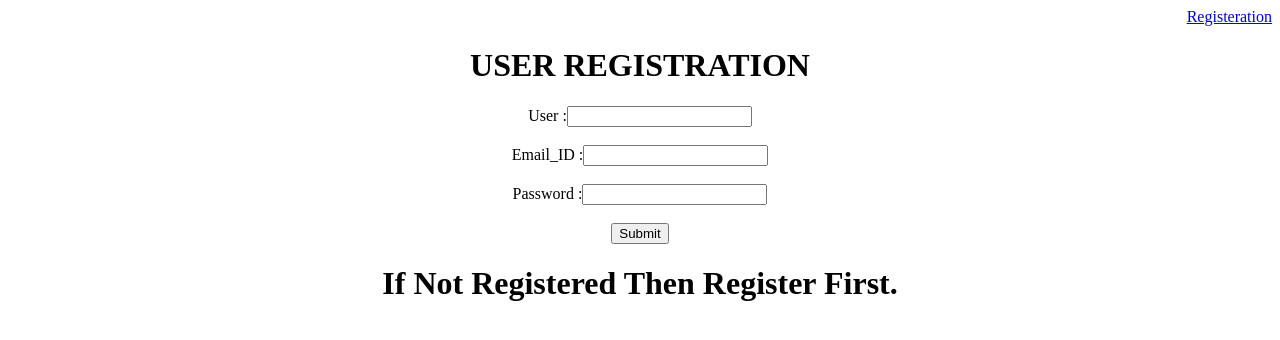
Repository: sunil965/JDBC-Servlet-JSP
Page: http://localhost/JspRegistrationTask/
The author's editor kept a copy of each file at every save. The page is drawn from the files as they stood at one save, then again after the next save.
The browser window is 1280 px wide. The pictures show the whole page.
The page is served by Tomcat 9. Other server files are loaded and not shown.

Above is the page before, as saved 2017-05-02 11:22:13.

### JspRegistrationTask/WebContent/index.jsp
<%@ page language="java" contentType="text/html; charset=UTF-8"
    pageEncoding="UTF-8"%>
<!DOCTYPE html PUBLIC "-//W3C//DTD HTML 4.01 Transitional//EN" "http://www.w3.org/TR/html4/loose.dtd">
<html>
<head>
<meta http-equiv="Content-Type" content="text/html; charset=UTF-8">
<title>Index</title>
</head>
<body>
<div align="right">
<a href="userlogin.jsp">Registeration</a>
</div>
<div align="center">
<h1>USER REGISTRATION</h1>
	<form action="userreg" method="post">
		User     :<input type="text" name="user"><br><br>
		Email_ID :<input type="text" name="mail"><br><br>
		Password :<input type="password" name="pwd"><br><br>
		<input type="submit">
	</form>
	<h1>If Not Registered Then Register First.</h1>
</div>
</html>

After the next save:
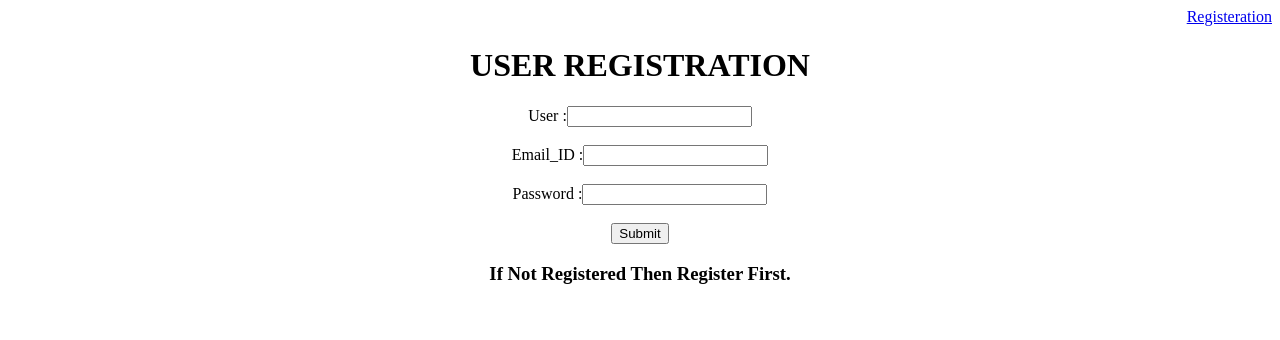
Saved 15 s later.
--- a/JspRegistrationTask/WebContent/index.jsp
+++ b/JspRegistrationTask/WebContent/index.jsp
@@ -18,6 +18,6 @@
 		Password :<input type="password" name="pwd"><br><br>
 		<input type="submit">
 	</form>
-	<h1>If Not Registered Then Register First.</h1>
+	<h3>If Not Registered Then Register First.</h3>
 </div>
 </html>
